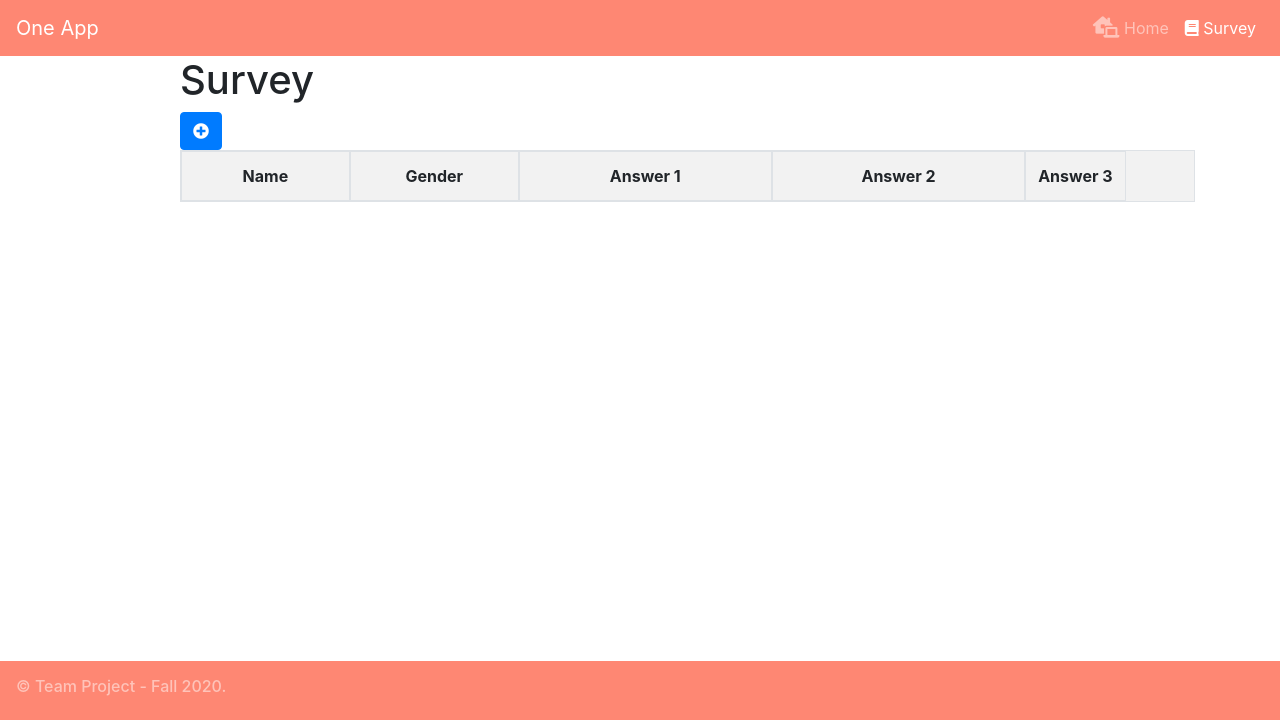
Repository: Dyazho/group-project
Page: http://localhost/survey
An editor plug-in stored every save of this project. The page is shown before and after the next save, followed by the edit.
The browser window is 1280 px wide. The pictures show the whole page.
The page is served by the project's Node server (server.js). Other server files are loaded and not shown. Queries for data that is not in the repository find no rows.

Above is the page before, as saved 2020-11-16 11:08:47.

### server/views/book/list.ejs
<%- include ../partials/header.ejs %>

<%- include ../partials/main_nav.ejs %>


  <!-- Main Content -->
  <main class="container">
    <div class="row">
        <div class="offset-md-1 col-md-11">
            <h1><%= title %></h1>
            <a href="/survey/add" class="btn btn-primary" role="button">
            <i class="fas fa-plus-circle"></i></a>
            <br>
            <table class="table table-bordered table-striped table-hover">
                <!-- Header Row-->
                <tr class="d-flex">
                    <th class="text-center col-2">Name</th>
                    <th class="text-center col-2">Gender</th>
                    <th class="text-center col-3">Answer 1</th>
                    <th class="text-center col-3">Answer 2</th>
                    <th class="text-center col-">Answer 3</th>
                </tr>

                <!-- Repeatable Template Row -->

                <% for(let count = 0; count < BookList.length; count++) { %>
                    <tr class="d-flex">
                        <td class="text-center col-2"><%= BookList[count].name %></td>
                        <td class="text-center col-2"><%= BookList[count].gender %></td>
                        <td class="text-center col-1"><%= BookList[count].question1 %></td>
                        <td class="col-4"><%= BookList[count].question2 %></td>
                        <td class="text-center col-1"><%= BookList[count].question3 %></td>
                        <td class="text-center col-1">
                            <a href="/survey/edit/<%= BookList[count]._id %>" class="btn btn-primary btn-sm">
                            <i class="fas fa-pencil-alt"></i> Edit</a>
                        </td>
                        <td class="text-center col-1">
                            <a href="/survey/delete/<%= BookList[count]._id %>" class="btn btn-danger btn-sm">
                            <i class="fas fa-trash-alt"></i> Delete</a>
                        </td>
                    </tr>
                <% } %>
            </table>
        </div>
    </div>
  </main>

<%- include ../partials/bottom_nav.ejs %>

<%- include ../partials/footer.ejs %>

### server/views/partials/header.ejs
<!DOCTYPE html>
<html lang="en">
<head>
  <meta charset="UTF-8">
  <meta name="viewport" content="width=device-width, initial-scale=1.0">
  <title><%= title %></title>
  <!-- CSS Section -->

  <link rel="stylesheet" href="/bootstrap/dist/css/bootstrap.min.css">
  <link rel="stylesheet" href="/@fortawesome/fontawesome-free/css/all.min.css">
  <link rel='stylesheet' href='/Content/app.css' />

</head>
<body>

### server/views/partials/main_nav.ejs
<!-- Main Navigation -->
  <nav class="navbar navbar-expand-lg navbar-dark navbar-colorr">

    <a class="navbar-brand" href="/survey"> One App</a>
    <button class="navbar-toggler" type="button" data-toggle="collapse" data-target="#navbarSupportedContent" aria-controls="navbarSupportedContent" aria-expanded="false" aria-label="Toggle navigation">
      <span class="navbar-toggler-icon"></span>
    </button>

    <div class="collapse navbar-collapse" id="navbarSupportedContent">
      <ul class="navbar-nav ml-auto">

        <% if (title == "Home"){ %>
        <li class="nav-item active">
        <% } else  { %>
        <li class="nav-item">
        <% } %>
          <a class="nav-link" href="/home"><i class="fas fa-lg fa-laptop-house"></i> Home </a>
        </li>


        <% if (title == "Survey") { %>
        <li class="nav-item active">
        <% } else  { %>
        <li class="nav-item">
        <% } %>
          <a class="nav-link" href="/survey"><i class="fas fa-book"></i> Survey </a>
        </li>


    </div>
  </nav>

### server/views/partials/bottom_nav.ejs
<!-- Bottom Nav -->
  <footer>
    <nav class="navbar fixed-bottom navbar-dark navbar-colorr">
      <h6 class="display-6 navbar-text">&copy; Team Project - Fall 2020.</h6>
    </nav>
  </footer>

### server.js
#!/usr/bin/env node


/*  Sanamdeep Singh
    301107513       */


/**
 * Module dependencies.
 */

var app = require('./server/config/app');
var debug = require('debug')('week-4:server');
var http = require('http');

/**
 * Get port from environment and store in Express.
 */

var port = normalizePort(process.env.PORT || '3000');
app.set('port', port);

/**
 * Create HTTP server.
 */

var server = http.createServer(app);

/**
 * Listen on provided port, on all network interfaces.
 */

server.listen(port);
server.on('error', onError);
server.on('listening', onListening);

/**
 * Normalize a port into a number, string, or false.
 */

function normalizePort(val) {
  var port = parseInt(val, 10);

  if (isNaN(port)) {
    // named pipe
    return val;
  }

  if (port >= 0) {
    // port number
    return port;
  }

  return false;
}

/**
 * Event listener for HTTP server "error" event.
 */

function onError(error) {
  if (error.syscall !== 'listen') {
    throw error;
  }

  var bind = typeof port === 'string'
    ? 'Pipe ' + port
    : 'Port ' + port;

  // handle specific listen errors with friendly messages
  switch (error.code) {
    case 'EACCES':
      console.error(bind + ' requires elevated privileges');
      process.exit(1);
      break;
    case 'EADDRINUSE':
      console.error(bind + ' is already in use');
      process.exit(1);
      break;
    default:
      throw error;
  }
}

/**
 * Event listener for HTTP server "listening" event.
 */

function onListening() {
  var addr = server.address();
  var bind = typeof addr === 'string'
    ? 'pipe ' + addr
    : 'port ' + addr.port;
  debug('Listening on ' + bind);
}

### server/controllers/book.js
let express = require('express');
let router = express.Router();
let mongoose = require('mongoose');

// create a reference to the model
let Book = require('../models/book');

module.exports.displayBookList = (req, res, next) => {
    Book.find((err, bookList) => {
        if(err)
        {
            return console.error(err);
        }
        else
        {
            //console.log(BookList);

            res.render('book/list', {title: 'Survey', BookList: bookList});
        }
    });
}

module.exports.displayAddPage = (req, res, next) => {
    res.render('book/add', {title: 'Add'})
}

module.exports.processAddPage = (req, res, next) => {
    let newBook = Book({
        "name": req.body.name,
        "author": req.body.author,
        "published": req.body.published,
        "description": req.body.description,
        "price": req.body.price
    });

    Book.create(newBook, (err, Book) =>{
        if(err)
        {
            console.log(err);
            res.end(err);
        }
        else
        {
            // refresh the book list
            res.redirect('/survey');
        }
    });

}

module.exports.displayEditPage = (req, res, next) => {
    let id = req.params.id;

    Book.findById(id, (err, bookToEdit) => {
        if(err)
        {
            console.log(err);
            res.end(err);
        }
        else
        {
            //show the edit view
            res.render('book/edit', {title: 'Edit', book: bookToEdit})
        }
    });
}

module.exports.processEditPage = (req, res, next) => {
    let id = req.params.id

    let updatedBook = Book({
        "_id": id,
        "name": req.body.name,
        "author": req.body.author,
        "published": req.body.published,
        "description": req.body.description,
        "price": req.body.price
    });

    Book.updateOne({_id: id}, updatedBook, (err) => {
        if(err)
        {
            console.log(err);
            res.end(err);
        }
        else
        {
            // refresh the book list
            res.redirect('/survey');
        }
    });
}

module.exports.performDelete = (req, res, next) => {
    let id = req.params.id;

    Book.remove({_id: id}, (err) => {
        if(err)
        {
            console.log(err);
            res.end(err);
        }
        else
        {
             // refresh the book list
             res.redirect('/survey');
        }
    });
}

### public/Content/app.css
/* custom css goes here */

.navbar-colorr {
  background-color: #fe8773;
}

### public/Scripts/app.js
/*  Sanamdeep Singh
    301107513       */


// IIFE -- Immediately Invoked Function Expression
(function(){

    function Start()
    {
        console.log("App Started...");

        let deleteButtons = document.querySelectorAll('.btn-danger');

        for(button of deleteButtons)
        {
            button.addEventListener('click', (event)=>{
                if(!confirm("Are you sure?"))
                {
                    event.preventDefault();
                    window.location.assign('/book-list');
                }
            });
        }
    }

    window.addEventListener("load", Start);

})();

Loaded but not shown: server/views/partials/footer.ejs (common file)

After the next save:
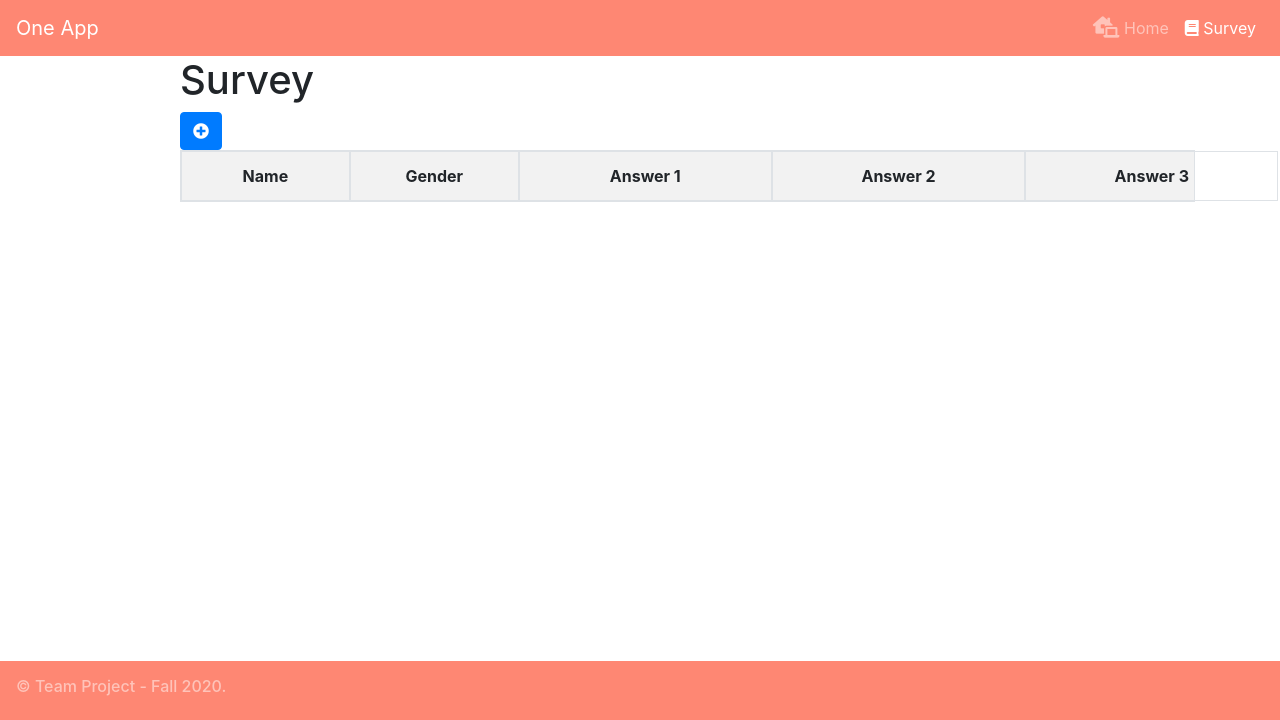
Saved 8 s later.
--- a/server/views/book/list.ejs
+++ b/server/views/book/list.ejs
@@ -18,7 +18,7 @@
                     <th class="text-center col-2">Gender</th>
                     <th class="text-center col-3">Answer 1</th>
                     <th class="text-center col-3">Answer 2</th>
-                    <th class="text-center col-">Answer 3</th>
+                    <th class="text-center col-3">Answer 3</th>
                 </tr>
 
                 <!-- Repeatable Template Row -->
